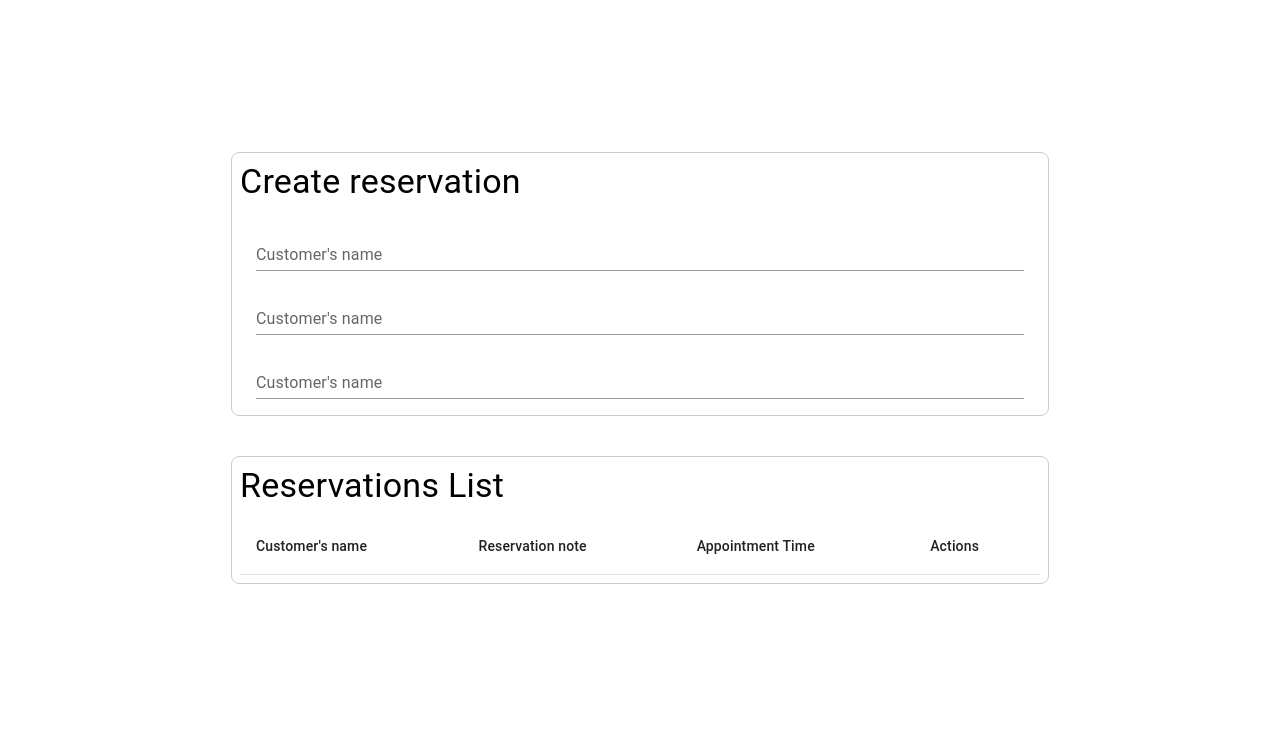
Repository: dovix58/PSP
Page: /beauty (app in frontEnd/)
An editor plug-in stored every save of this project. The page is shown before and after the next save, followed by the edit.
The browser window is 1280 px wide. The pictures show the whole page.
The page's requests for data from a server got no answer. The project was rebuilt for these pictures with package versions that can differ from the ones it lists, and the page was loaded fresh each time. No one was signed in, and anything a server would have sent is missing. Also part of the build but not shown: frontEnd/vite.config.ts, frontEnd/src/LandingPage.tsx, frontEnd/src/api/productAPI.ts, frontEnd/src/CreateOrder.tsx, frontEnd/src/api/OrderApi.ts, frontEnd/src/PaymentModal.tsx, frontEnd/src/OrderList.tsx, frontEnd/src/Styles.ts and 3 more.

Above is the page before, as saved 2024-12-19 13:42:57.

After the next save:
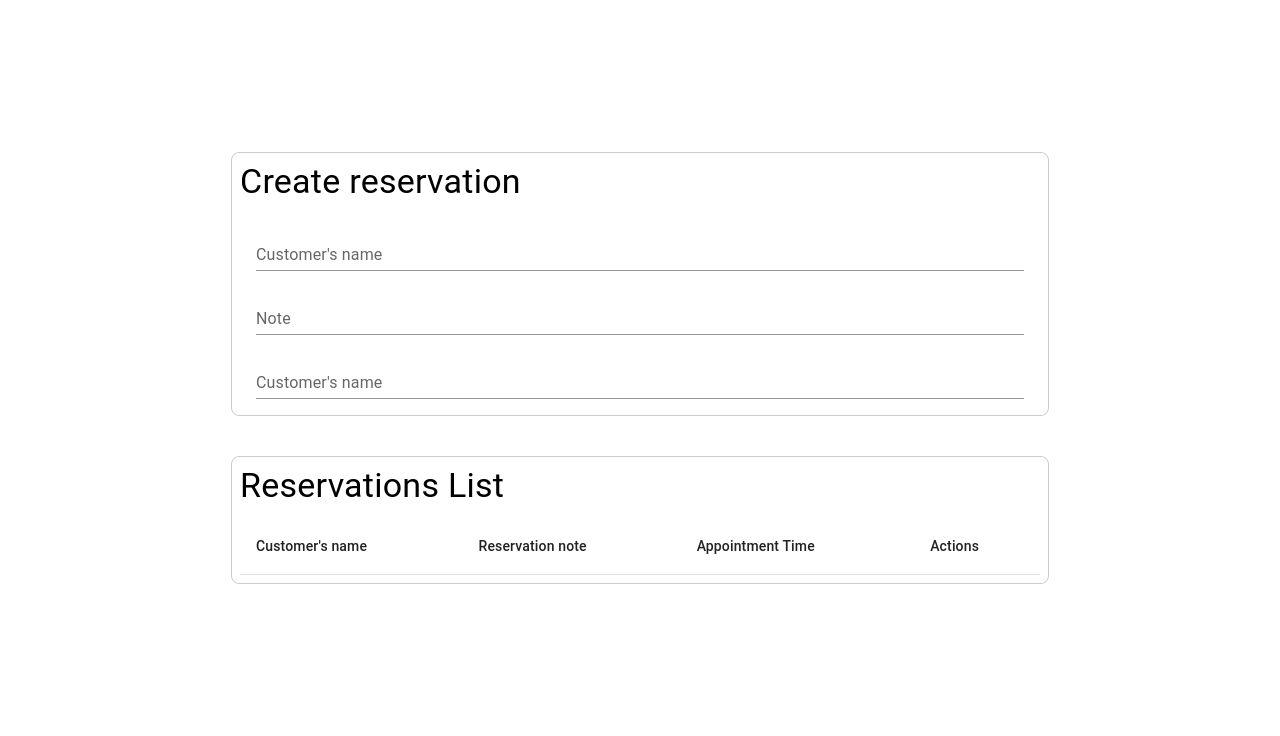
Saved 5 s later.
--- a/frontEnd/src/CreateReservation.tsx
+++ b/frontEnd/src/CreateReservation.tsx
@@ -21,7 +21,7 @@ export default function CreateReservation() {
         <form>
           <Stack spacing={2}>
             <TextField id="name" label="Customer's name" variant="standard" />
-            <TextField id="note" label="Customer's name" variant="standard" />
+            <TextField id="note" label="Note" variant="standard" />
             <TextField id="time" label="Customer's name" variant="standard" />
           </Stack>
         </form>
